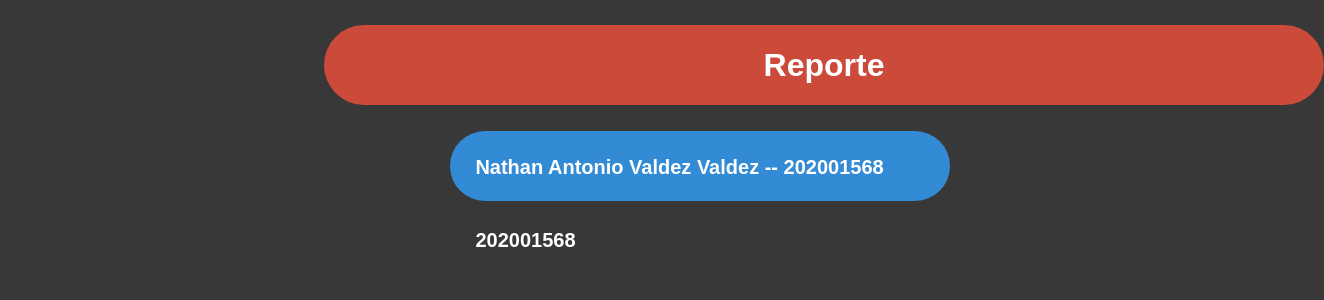
Repository: nathanvdev/LFP_PR_202001568
Page: plantilla.html
An editor plug-in stored every save of this project. The page is shown before and after the next save, followed by the edit.
The browser window is 1280 px wide. The page is 1324 px wide, so the pictures cover 1324 px, including what lies to the right of the window. The pictures show the whole page.

Above is the page before, as saved 2022-02-19 18:55:27.

### plantilla.html

<!DOCTYPE html>
<html lang="en">
<head>
    <meta charset="UTF-8">
    <meta http-equiv="X-UA-Compatible" content="IE=edge">
    <meta name="viewport" content="width=device-width, initial-scale=1.0">
    <title>Document</title>
</head>
<style>
    body{
        font-family: sans-serif;
    }
    .titlebox{
        background-color: rgb(204, 74, 57);
        height: 80px;
        width: 1000px;
        margin: 2%;
        margin-left: 25%;
        border-radius: 45px;


        display: flex;
        justify-content: center;
    }
    .PersonalInfo{
        background-color: rgb(50, 139, 212);
        height: 70px;
        width: 500px;
        margin: 2%;
        margin-left: 35%;
        border-radius: 45px;

    }
</style>
<body style="background-color: rgb(56, 56, 56);">
    <div class="titlebox">
        <h1 style="color: white;">Reporte</h1>
    </div>
    <div class="PersonalInfo">
        <h3 style="color: white;
        margin: 5%; float: left; font-size: 20px;">
            Nathan Antonio Valdez Valdez  --  202001568
        </h3>
        <h3 style="color: white;
        margin: 5%; float: left; font-size: 20px;">
            202001568
        </h3>
    </div>
</body>
</html>

After the next save:
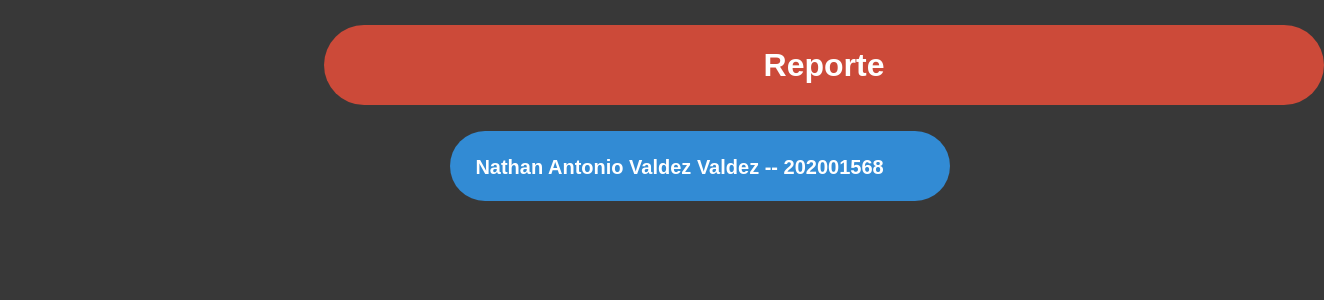
Saved 5 s later.
--- a/plantilla.html
+++ b/plantilla.html
@@ -42,10 +42,6 @@
         margin: 5%; float: left; font-size: 20px;">
             Nathan Antonio Valdez Valdez  --  202001568
         </h3>
-        <h3 style="color: white;
-        margin: 5%; float: left; font-size: 20px;">
-            202001568
-        </h3>
     </div>
 </body>
 </html>
